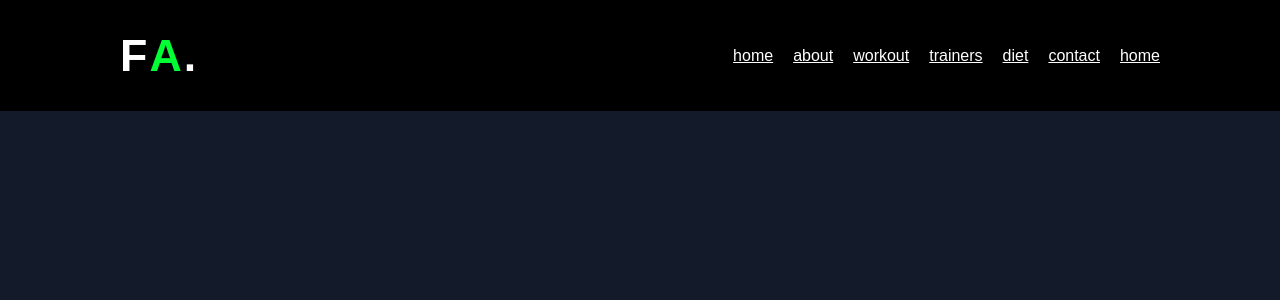
Repository: guilhermecardoso93/fitapex
Page: index.html
The author's editor kept a copy of each file at every save. The page is drawn from the files as they stood at one save, then again after the next save.
The browser window is 1280 px wide. The pictures show the whole page.

Above is the page before, as saved 2023-03-05 20:25:22.

### index.html
<!DOCTYPE html>
<html lang="pr-BR">
  <head>
    <meta charset="UTF-8" />
    <meta http-equiv="X-UA-Compatible" content="IE=edge" />
    <meta name="viewport" content="width=device-width, initial-scale=1.0" />
    <link rel="stylesheet" href="styles.css" />
    <link
      rel="stylesheet"
      href="https://cdnjs.cloudflare.com/ajax/libs/font-awesome/4.7.0/css/font-awesome.css"
    />
    <title>F.A GYM</title>
  </head>
  <body>
    <div class="navbar">
      <a href="#" class="logo">F<b>A</b>.</a>
      <ol>
        <li>
          <a href="#home">home</a>
        </li>
        <li>
          <a href="#about">about</a>
        </li>
        <li>
          <a href="#workout">workout</a>
        </li>
        <li>
          <a href="#trainers">trainers</a>
        </li>
        <li>
          <a href="#diet">diet</a>
        </li>
        <li>
          <a href="#contact">contact</a>
        </li>
        <li>
          <a href="#home">home</a>
        </li>
      </ol>
    </div>
  </body>
</html>

### styles.css
@import url("https://fonts.googleapis.com/css2?family=Poppins:wght@400;500&display=swap");

* {
  margin: 0;
  padding: 0;
  box-sizing: border-box;
  font-family: "Poppisns", sans-serif;
  outline: none;
  color: #fff;
}

:root {
  --prime: #00ff34;
}

body {
  background-color: #131b2b;
}

.navbar {
  width: 100%;
  display: flex;
  position: fixed;
  padding: 30px 120px;
  background-color: #000;
  justify-content: space-between;
  z-index: 1111;
  transition: 0.5s ease;
}

.logo {
  font-size: 2.8em;
  font-weight: 800;
  letter-spacing: 2px;
  text-transform: uppercase;
  text-decoration: none;
}

.logo B{
  color: var(--prime);
}

ol {
  display: flex;
  margin: auto 0;
}

ol li {
  list-style: none;
  margin-left: 20px;
}

After the next save:
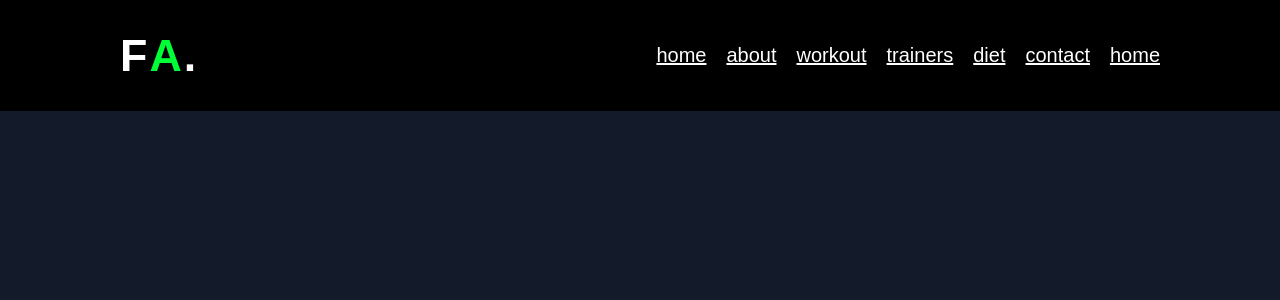
Saved 54 s later.
--- a/styles.css
+++ b/styles.css
@@ -49,3 +49,9 @@ ol li {
   list-style: none;
   margin-left: 20px;
 }
+
+ol li a {
+  font-size: 20px;
+  font-weight:500;
+
+}
